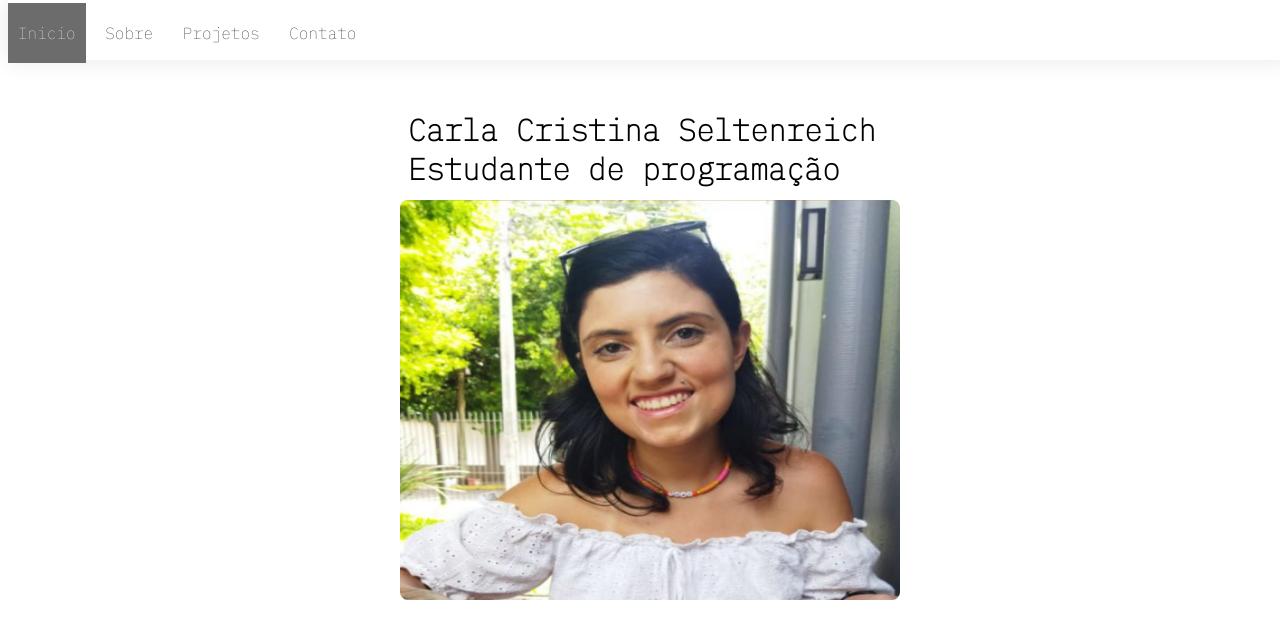
Repository: carla-seltenreich/portfolio
Page: index.html
The author's editor kept a copy of each file at every save. The page is drawn from the files as they stood at one save, then again after the next save.
The browser window is 1280 px wide. The pictures show the whole page.

Above is the page before, as saved 2022-05-23 17:31:47.

After the next save:
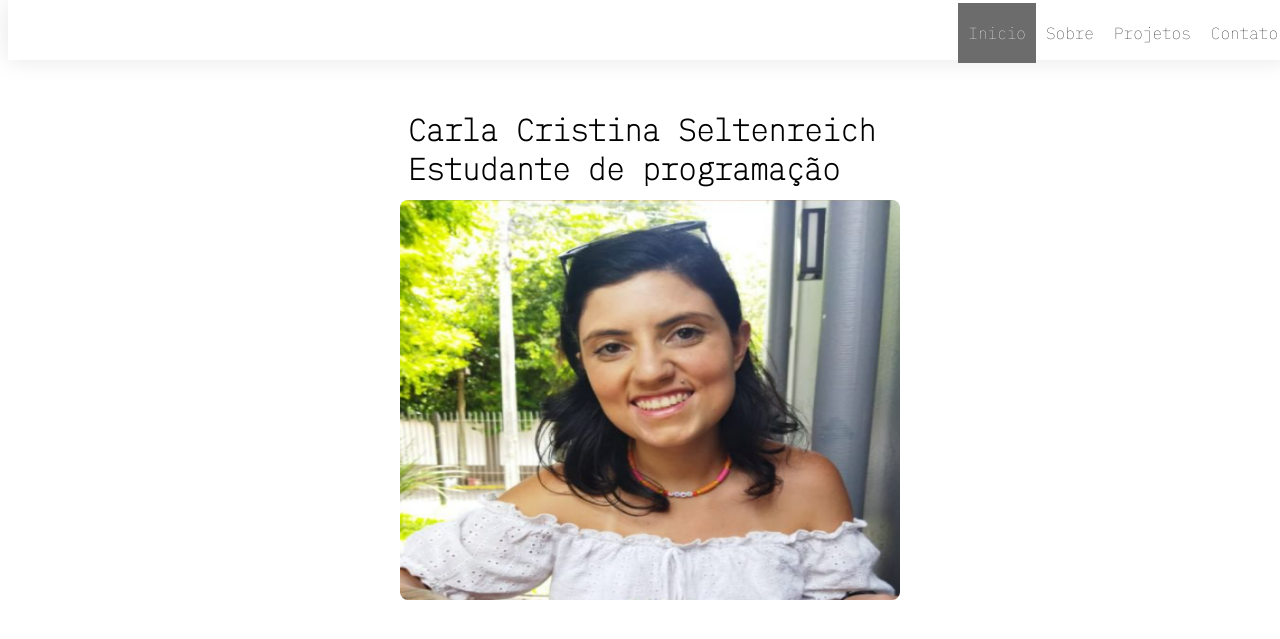
Saved 3 min 54 s later.
--- a/style.css
+++ b/style.css
@@ -27,6 +27,8 @@ body {
     padding: 0;
     list-style: none;
     left: 400px;
+    display: flex;
+    justify-content: right;
 }
 
 .nav li {
